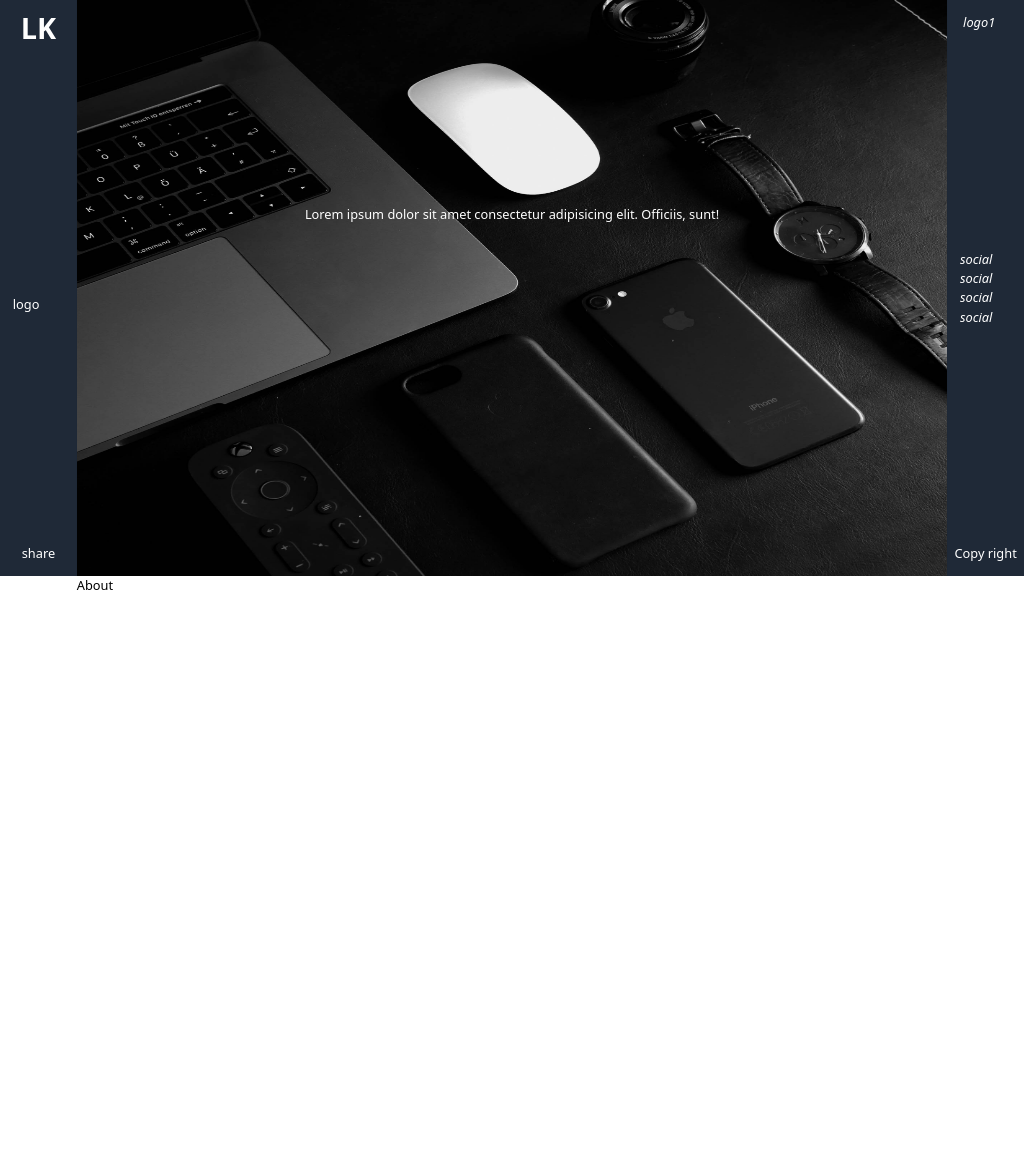
Repository: linco6054/template-tailwindcss
Page: index.html
These files come from the project's save history. The page is drawn as it stood at one moment and after a run of saves; the edit follows.
The browser window is 1280 px wide. The pictures show the whole page, at 80% of full size.

Above is the page before, as saved 2021-08-17 16:02:50.

After the next 3 saves:
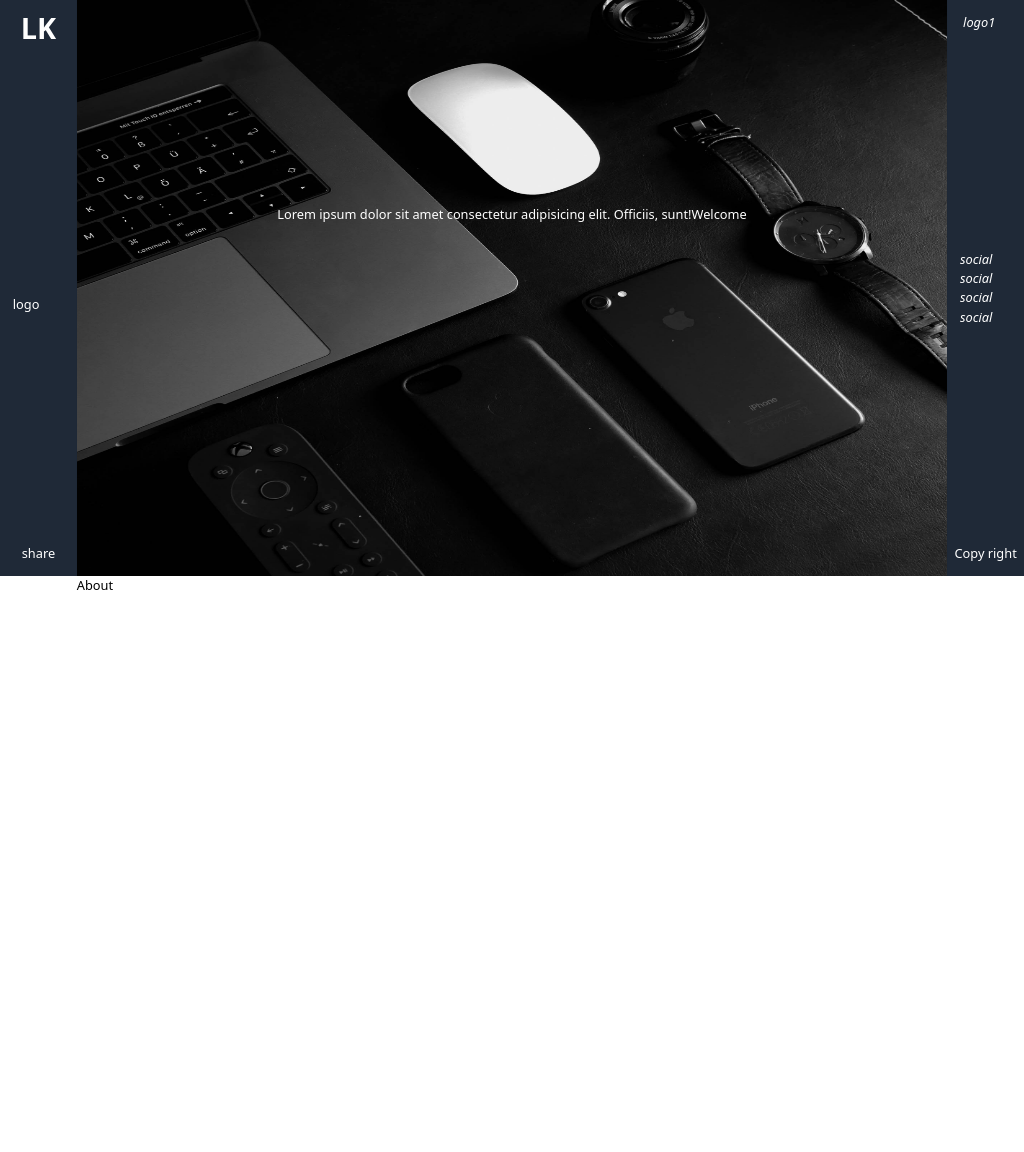
The 3 saves are shown as one change because they came seconds apart.
The last was saved 13 s later.
--- a/index.html
+++ b/index.html
@@ -56,6 +56,7 @@
 
         <div class=" absolute text-white top-64 w-full z-20 flex justify-center items-center  ">
           <p>Lorem ipsum dolor sit amet consectetur adipisicing elit. Officiis, sunt!</p>
+        <h1>Welcome</h1>
 
         </div>
       </div>
